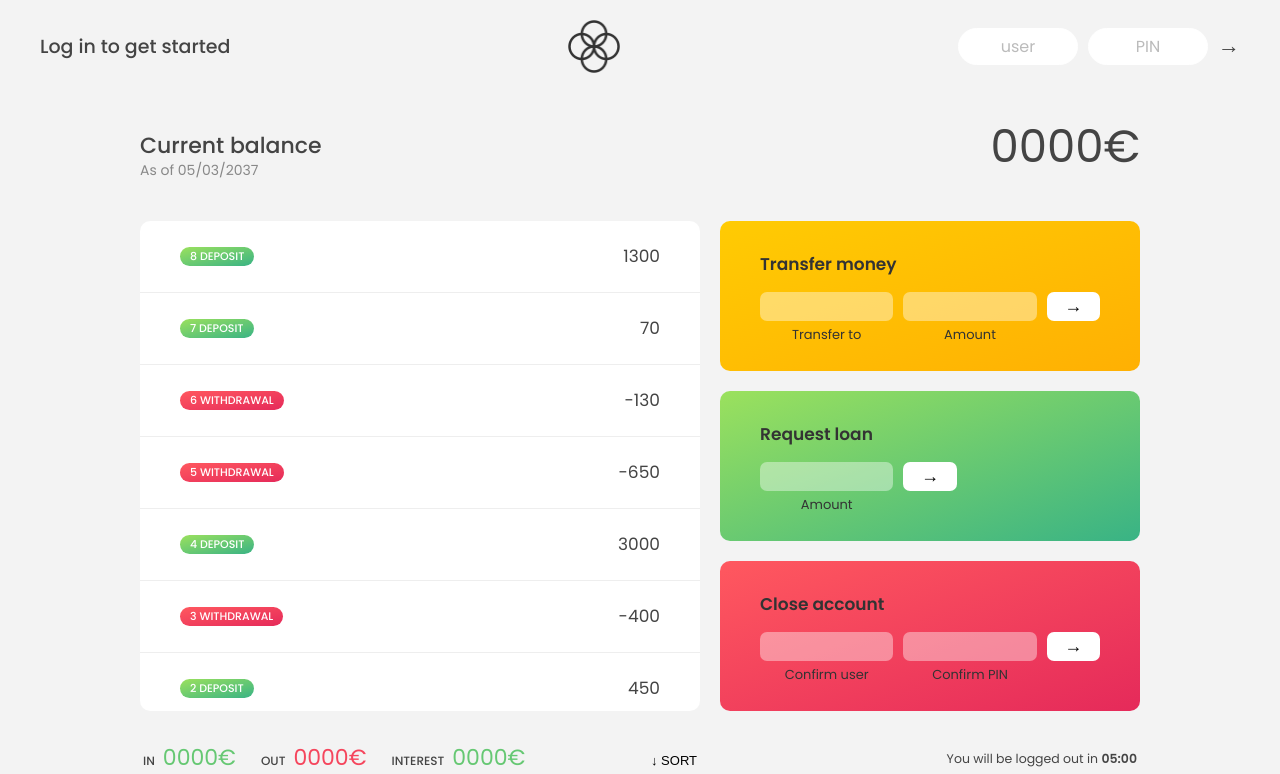
Repository: otvertka/jsc_11
Page: index.html
An editor plug-in stored every save of this project. The page is shown before and after the next save, followed by the edit.
The browser window is 1280 px wide. The pictures show the whole page.
An inner scrolling area shows only its first screen.

Above is the page before, as saved 2023-02-02 11:45:20.

After the next save:
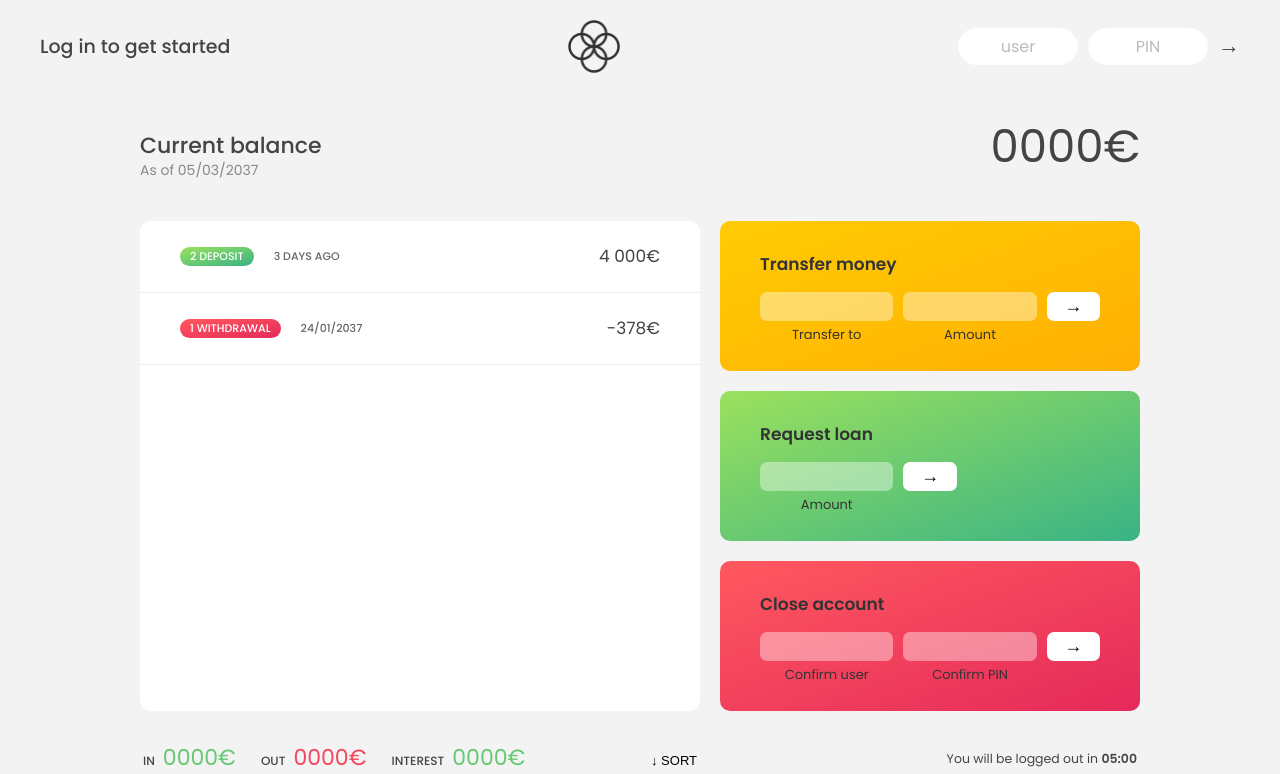
Console error: SyntaxError: missing ) after argument list
Saved 9 min 36 s later.
--- a/script.js
+++ b/script.js
@@ -257,12 +257,13 @@
 }
 console.log(movementsUSDfor); // 220 , 495, 440, 3300...
 
-const movementsDescriptions = movements.map((mov, index, arr) => {
-  if (mov > 0) {
-    return `Movement ${index + 1}: You deposited ${mov}`;
-  } else {
-    return `Movement ${index + 1}: You withdrew ${Math.abs(mov)}`; // Math.abs - удалит знак МИНУС
-  }
-});
+const movementsDescriptions = movements.map((mov, index) =>
+  `Movement ${index +1}: You ${mov > 0 ? 'deposited' : 'withdrew'} ${Math.abs(mov)}`
+  // if (mov > 0) {
+  //   return `Movement ${index + 1}: You deposited ${mov}`;
+  // } else {
+  //   return `Movement ${index + 1}: You withdrew ${Math.abs(mov)}`; // Math.abs - удалит знак МИНУС
+  // }
+
 
 console.log(movementsDescriptions);

After the 3 saves that followed:
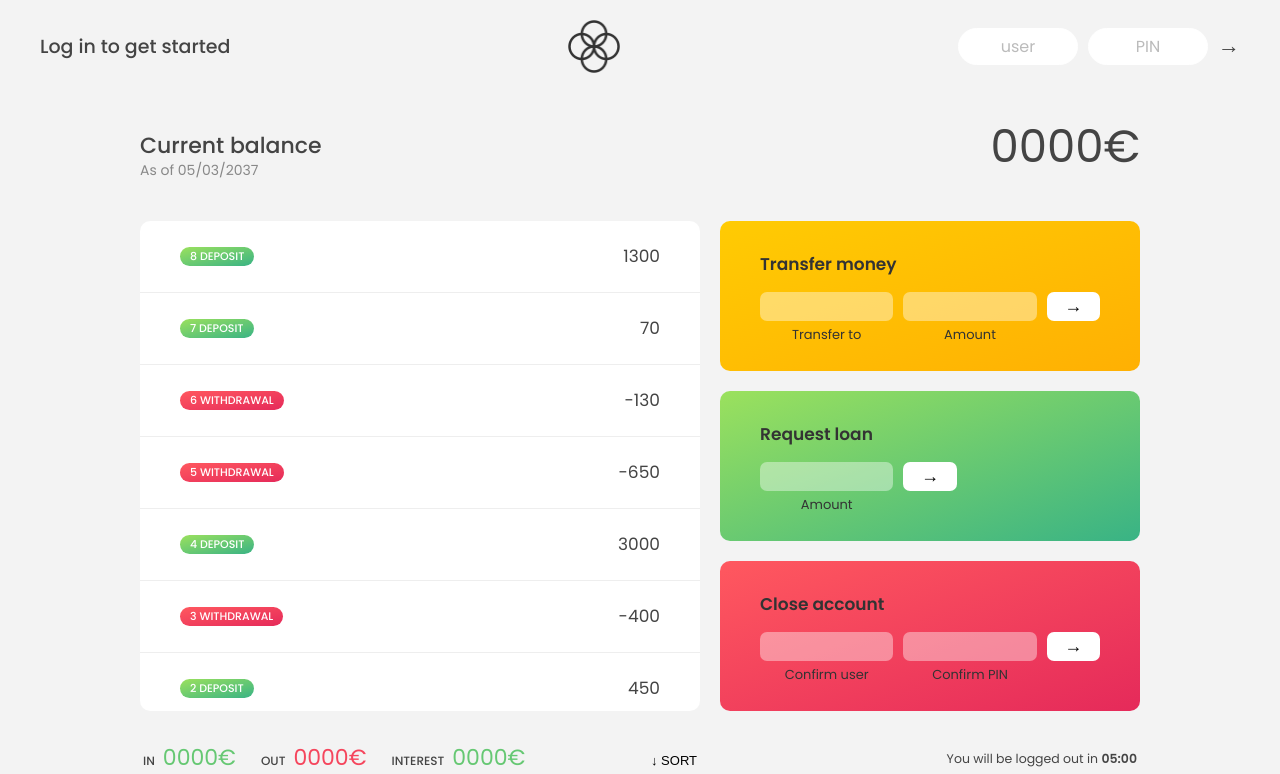
The error is gone.
The 3 saves are shown as one change because 2 left the picture as it was.
The last was saved 2 min 28 s later.
--- a/script.js
+++ b/script.js
@@ -257,13 +257,16 @@
 }
 console.log(movementsUSDfor); // 220 , 495, 440, 3300...
 
-const movementsDescriptions = movements.map((mov, index) =>
-  `Movement ${index +1}: You ${mov > 0 ? 'deposited' : 'withdrew'} ${Math.abs(mov)}`
-  // if (mov > 0) {
-  //   return `Movement ${index + 1}: You deposited ${mov}`;
-  // } else {
-  //   return `Movement ${index + 1}: You withdrew ${Math.abs(mov)}`; // Math.abs - удалит знак МИНУС
-  // }
-
+const movementsDescriptions = movements.map(
+  (mov, index) =>
+    `Movement ${index + 1}: You ${
+      mov > 0 ? 'deposited' : 'withdrew'
+    } ${Math.abs(mov)}`
+);
+// if (mov > 0) {
+//   return `Movement ${index + 1}: You deposited ${mov}`;
+// } else {
+//   return `Movement ${index + 1}: You withdrew ${Math.abs(mov)}`; // Math.abs - удалит знак МИНУС
+// }
 
 console.log(movementsDescriptions);
